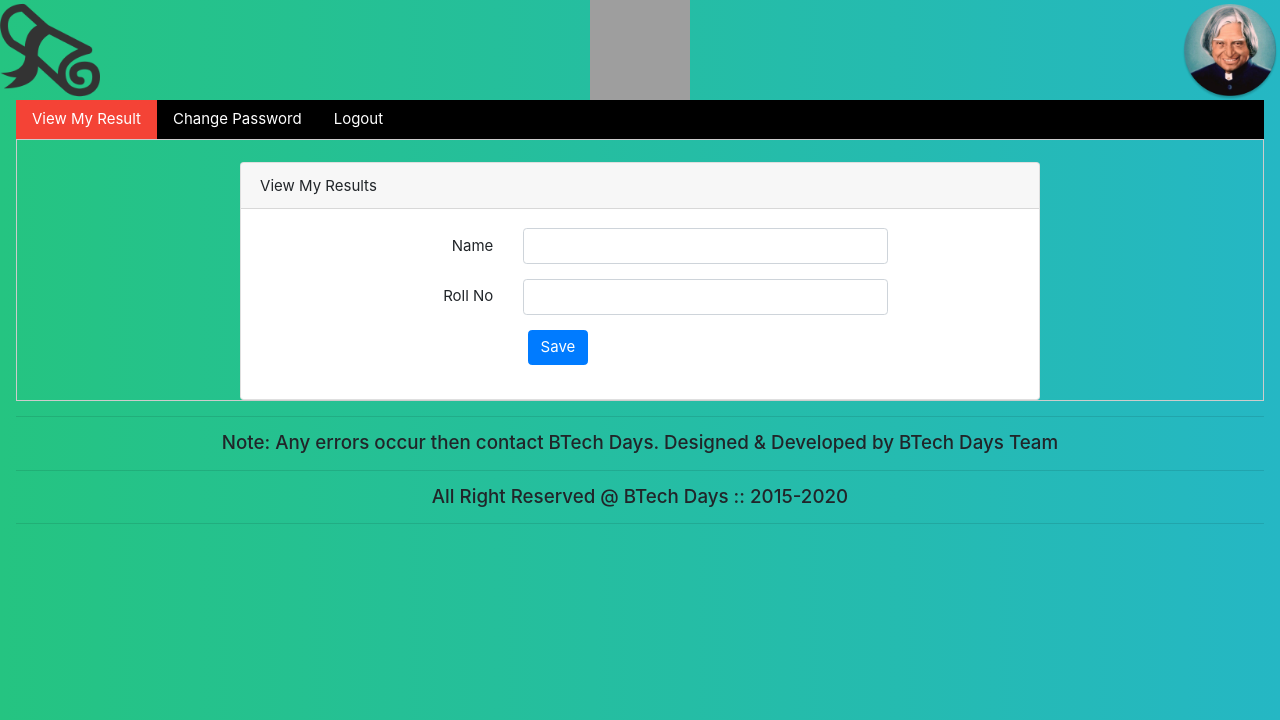
Repository: AlkaDas991/Dbms
Page: http://localhost/Student_Record_Management/studentHome.jsp
These files come from the project's save history. The page is drawn as it stood at one moment and after the next save; the edit follows.
The browser window is 1280 px wide. The pictures show the whole page.
Pictures or frames that could not be fetched are drawn as grey boxes. Some web fonts or font styles are not loaded; a fallback is used. Some web libraries are served in a nearby version. The page is served by Tomcat 9. Other server files are loaded and not shown.

Above is the page before, as saved 2021-03-12 18:51:38.
Console error: TypeError: Cannot read properties of undefined (reading 'fn')

### Student Record Management/WebContent/studentHome.jsp
<%@include file="header.html"%>
<!DOCTYPE html>
<html>
<title>IIIT,BBSR</title>
<body>
<img src="logo.png"  align="left"width="100" height="100">
<center><img src="ng" width="100" height="100" position="absolute";
  clip = "rect(0px,60px,200px,0px)">
<img src="apj sir.png" align="right"  width="100" height="100"></center>
<div class="w3-container">
  <div class="w3-bar w3-black">
    <button class="w3-bar-item w3-button tablink w3-red" onclick="openCity(event,'London')">View My Result</button>
    <button class="w3-bar-item w3-button tablink" onclick="openCity(event,'Paris')">Change Password</button>
     <a href="dgiOneView.jsp" class="w3-bar-item w3-button tablink">Logout</a>
  </div>

  <div id="London" class="w3-container w3-border city">
  <br>
   <link href="//maxcdn.bootstrapcdn.com/bootstrap/4.1.1/css/bootstrap.min.css" rel="stylesheet" id="bootstrap-css">
<script src="//maxcdn.bootstrapcdn.com/bootstrap/4.1.1/js/bootstrap.min.js"></script>
<script src="//cdnjs.cloudflare.com/ajax/libs/jquery/3.2.1/jquery.min.js"></script>
<!------ Alright Include the above in your HEAD tag ---------->

<!doctype html>
<html lang="en">
<head>
    <!--OK Required meta tags -->
    <meta charset="utf-8">
    <meta name="viewport" content="width=device-width, initial-scale=1, shrink-to-fit=no">

    <!-- Fonts -->
    <link rel="dns-prefetch" href="https://fonts.gstatic.com">
    <link href="https://fonts.googleapis.com/css?family=Raleway:300,400,600" rel="stylesheet" type="text/css">



    <link rel="icon" href="Favicon.png">

    <!-- Bootstrap CSS -->
    <link rel="stylesheet" href="https://stackpath.bootstrapcdn.com/bootstrap/4.1.3/css/bootstrap.min.css">
</head>
<body>
<main class="my-form">
    <div class="cotainer">
        <div class="row justify-content-center">
            <div class="col-md-8">
                    <div class="card">
                        <div class="card-header">View My Results</div>
                        <div class="card-body">
                            <form name="my-form" onsubmit="return validform()" action="eachResult.jsp" method="post">
                                <div class="form-group row">
                                    <label for="full_name" class="col-md-4 col-form-label text-md-right">Name</label>
                                    <div class="col-md-6">
                                        <input type="text"  class="form-control" name="name">
                                    </div>
                                </div>
                                <div class="form-group row">
                                    <label for="full_name" class="col-md-4 col-form-label text-md-right">Roll No</label>
                                    <div class="col-md-6">
                                        <input type="text"  class="form-control" name="rollNo">
                                    </div>
                                </div>


                                    <div class="col-md-6 offset-md-4">
                                        <button type="submit" class="btn btn-primary">
                                        Save
                                        </button>
                                    </div>

                            </form>
                        </div>
                    </div>
            </div>
        </div>
    </div>
</main>

<script src="https://code.jquery.com/jquery-3.3.1.slim.min.js"></script>
<script src="https://cdnjs.cloudflare.com/ajax/libs/popper.js/1.14.3/umd/popper.min.js"></script>
<script src="https://stackpath.bootstrapcdn.com/bootstrap/4.1.3/js/bootstrap.min.js"></script>
</body>
  </div>
<!-- 2rd part -->

  <div id="Paris" class="w3-container w3-border city" style="display:none">
  <br>
  <link href="//maxcdn.bootstrapcdn.com/bootstrap/4.1.1/css/bootstrap.min.css" rel="stylesheet" id="bootstrap-css">
<script src="//maxcdn.bootstrapcdn.com/bootstrap/4.1.1/js/bootstrap.min.js"></script>
<script src="//cdnjs.cloudflare.com/ajax/libs/jquery/3.2.1/jquery.min.js"></script>
<!------ Include the above in your HEAD tag ---------->

<!doctype html>
<html lang="en">
<head>
    <!-- Required meta tags -->
    <meta charset="utf-8">
    <meta name="viewport" content="width=device-width, initial-scale=1, shrink-to-fit=no">

    <!-- Fonts -->
    <link rel="dns-prefetch" href="https://fonts.gstatic.com">
    <link href="https://fonts.googleapis.com/css?family=Raleway:300,400,600" rel="stylesheet" type="text/css">



    <link rel="icon" href="Favicon.png">

    <!-- Bootstrap CSS -->
    <link rel="stylesheet" href="https://stackpath.bootstrapcdn.com/bootstrap/4.1.3/css/bootstrap.min.css">

</head>
<body>
<main class="my-form">
    <div class="cotainer">
        <div class="row justify-content-center">
            <div class="col-md-8">
                    <div class="card">
                        <div class="card-header">Change Password</div>
                        <div class="card-body">
                            <form name="my-form" onsubmit="return validform()" action="changePassword.jsp" method="">
                                <div class="form-group row">
                                    <label for="full_name" class="col-md-4 col-form-label text-md-right">Current Password</label>
                                    <div class="col-md-6">
                                        <input type="password"class="form-control" name="currPass">
                                    </div>
                                </div>

                                <div class="form-group row">
                                    <label for="full_name" class="col-md-4 col-form-label text-md-right">New Password</label>
                                    <div class="col-md-6">
                                        <input type="password"  class="form-control" name="newPass">
                                    </div>
                                </div>


                                    <div class="col-md-6 offset-md-4">
                                        <button type="submit" class="btn btn-primary">
                                       Save
                                        </button>
                                    </div>

                            </form>
                        </div>
                    </div>
            </div>
        </div>
        <br>
    </div>

</main>

<script src="https://code.jquery.com/jquery-3.3.1.slim.min.js"></script>
<script src="https://cdnjs.cloudflare.com/ajax/libs/popper.js/1.14.3/umd/popper.min.js"></script>
<script src="https://stackpath.bootstrapcdn.com/bootstrap/4.1.3/js/bootstrap.min.js"></script>
</body>
</html>
  </div>


    <hr class="new1">
 <center><h5>Note: Any errors occur then contact BTech Days.
Designed & Developed by BTech Days Team</h5></center>
  <hr class="new1">
<center><h5>All Right Reserved @ BTech Days :: 2015-2020</h5></center>
  <hr class="new1">
<br>
</body>
</html>

Loaded but not shown: Student Record Management/WebContent/header.html (355 lines, source omitted)

After the next save:
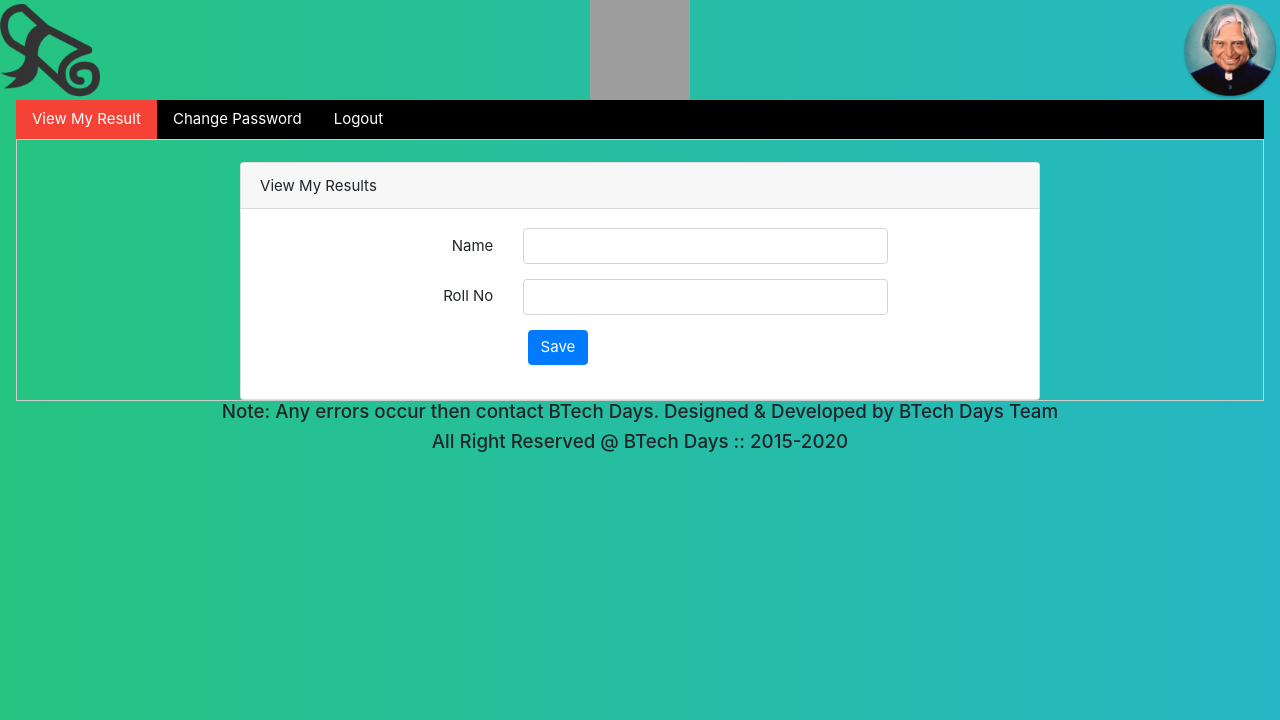
Saved 50 s later.
--- a/Student Record Management/WebContent/studentHome.jsp
+++ b/Student Record Management/WebContent/studentHome.jsp
@@ -157,12 +157,12 @@
   </div>
 
 
-    <hr class="new1">
+
  <center><h5>Note: Any errors occur then contact BTech Days.
 Designed & Developed by BTech Days Team</h5></center>
-  <hr class="new1">
+
 <center><h5>All Right Reserved @ BTech Days :: 2015-2020</h5></center>
-  <hr class="new1">
+
 <br>
 </body>
 </html>
